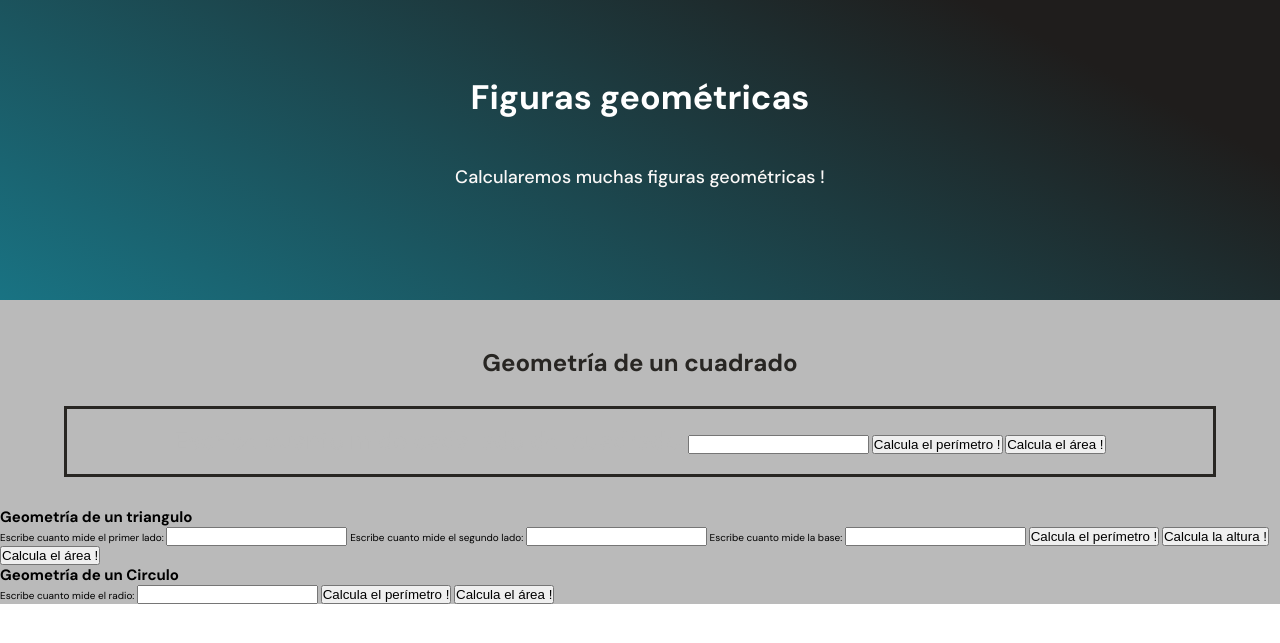
Repository: ChristianGecchelin/javascript-project
Page: javascript-project/figuras-geometricas/figuras.html
These files come from the project's save history. The page is drawn as it stood at one moment and after the next save; the edit follows.
The browser window is 1280 px wide. The pictures show the whole page.

Above is the page before, as saved 2021-12-01 22:58:37.

### javascript-project/figuras-geometricas/figuras.html
<!DOCTYPE html>
<html lang="en">
  <head>
    <meta charset="UTF-8" />
    <meta http-equiv="X-UA-Compatible" content="IE=edge" />
    <meta name="viewport" content="width=device-width, initial-scale=1.0" />
    <title>Figuras geométricas | Proyecto 1</title>
    <link rel="preconnect" href="https://fonts.googleapis.com" />
    <link rel="preconnect" href="https://fonts.gstatic.com" crossorigin />
    <link
      href="https://fonts.googleapis.com/css2?family=DM+Sans:wght@400;500;700&family=Inter:wght@300;500&display=swap"
      rel="stylesheet"
    />
    <link rel="stylesheet" href="./style.css" />
  </head>
  <body>
    <header>
      <div class="header--title-container">
        <h1>Figuras geométricas</h1>
        <p>Calcularemos muchas figuras geométricas !</p>
      </div>
    </header>
    <main>
      <section class="main-calculadora-contenedor">
        <h2 class="main-calculadora-contenedor--title">
          Geometría de un cuadrado
        </h2>
        <div class="main-calculadora-form-contenedor">
          <form action="">
            <label class="form--label-input" for=""
              >Escribe cuanto mide cada lado del cuadrado:</label
            >
            <input type="number" id="inputCuadrado" />
            <button type="button" onclick="calcularPerimetroCuadrado()">
              Calcula el perímetro !
            </button>
            <button type="button" onclick="calcularAreaCuadrado()">
              Calcula el área !
            </button>
            <!-- type button, para quitarle el submit por defecto y que no me redireccione a ningun lado -->
          </form>
        </div>
      </section>
      <section>
        <h2>Geometría de un triangulo</h2>
        <form action="">
          <label for="">Escribe cuanto mide el primer lado:</label>
          <input type="number" id="inputLado1" />
          <label for="">Escribe cuanto mide el segundo lado:</label>
          <input type="number" id="inputLado2" />
          <label for="">Escribe cuanto mide la base:</label>
          <input type="number" id="inputBase" />
          <button type="button" onclick="calcularPerimetroTriangulo()">
            Calcula el perímetro !
          </button>
          <button type="button" onclick="calcularAlturaTriangulo()">
            Calcula la altura !
          </button>
          <button type="button" onclick="calcularAreaTriangulo()">
            Calcula el área !
          </button>
          <!-- type button, para quitarle el submit por defecto y que no me redireccione a ningun lado -->
        </form>
      </section>
      <section>
        <h2>Geometría de un Circulo</h2>
        <form action="">
          <label for="">Escribe cuanto mide el radio:</label>
          <input type="number" id="inputRadio" />
          <button type="button" onclick="calcularPerimetroCirculo()">
            Calcula el perímetro !
          </button>
          <button type="button" onclick="calcularAreaCirculo()">
            Calcula el área !
          </button>
          <!-- type button, para quitarle el submit por defecto y que no me redireccione a ningun lado -->
        </form>
      </section>
    </main>
    <script src="./figurasConFunciones.js"></script>
  </body>
</html>

### javascript-project/figuras-geometricas/style.css
:root {
  --Dark-lightblue: #197383;
  --soft-orange: #ffe9d5;
  --secondary-blue: #1a9af7;
  --soft-blue: #e7f5ff;
  --warm-black: #201e1c;
  --black: #282623;
  --grey: #bababa;
  --off-white: #faf8f7;
  --just-white: #fff;
}
* {
  box-sizing: border-box;
  margin: 0;
  padding: 0;
}
html {
  font-size: 62.5%;
  font-family: "DM Sans", sans-serif;
}
header {
  position: relative;
  display: flex;
  flex-direction: column;
  justify-content: center;
  width: 100%;
  min-width: 320px;
  height: 300px;
  text-align: center;
  background: linear-gradient(207.8deg, #1f1d1c 16.69%, #197383 100%);
}
header .header--title-container {
  width: 90%;
  min-width: 288px;
  max-width: 900px;
  height: 200px;
  text-align: center;
  align-self: center;
}
header .header--title-container h1 {
  margin-top: 30px;
  margin-bottom: 50px;
  font-size: 3.4rem;
  font-weight: 700;
  line-height: 3.6rem;
  color: var(--just-white);
}
header .header--title-container p {
  font-size: 1.8rem;
  font-weight: 500;
  line-height: 2.2rem;
  color: var(--off-white);
}
main {
  width: 100%;
  height: auto;
  background-color: var(--grey);
  min-width: 320px;
}
.main-calculadora-contenedor {
  width: 90%;
  min-width: 280px;
  height: auto;
  margin: 0 auto;
  padding-top: 50px;
  padding-bottom: 30px;
  text-align: center;
}
.main-calculadora-contenedor--title {
  margin-bottom: 30px;
  font-size: 2.4rem;
  font-weight: 700;
  line-height: 2.6rem;
  color: var(--black);
}
.main-calculadora-form-contenedor {
  height: auto;
  border: 3px solid var(--black);
  padding: 20px 20px;
}
.main-calculadora-form-contenedor .form--label-input {
  font-size: 2.4rem;
  font-weight: 500;
  line-height: 2.4rem;
  color: var(--grey);
}

### javascript-project/figuras-geometricas/figurasConFunciones.js
/* Codigo del cuadrado */
console.group("Cuadrado");
function perimetroCuadrado(lado) {
  return lado * 4;
}
/* console.log(`Perimetro del cuadrado es: ${perimetroCuadrado} cm.`); */
function areaCuadrado(lado) {
  return (
    lado ** 2
  ); /* debe estar escrito de igual manera el parametro que el return */
}

/* console.log(`El area del cuadrado es: ${areaCuadrado} cm^2.`); */
console.groupEnd();

/* Codigo del triangulo */
console.group("Triangulo");

function perimetroTriangulo(lado1, lado2, base) {
  return lado1 + lado2 + base;
}
function calcularAltura(lado1, lado2, lado3) {
  let ladosIguales;
  let ladoBase;
  let altura;

  if (
    lado1 + lado2 <= lado3 ||
    lado1 + lado3 <= lado2 ||
    lado2 + lado3 <= lado1
  ) {
    alert(
      "En un triangulo la base no puede ser mayor a la suma de sus catetos"
    );
  } else {
    switch (true) {
      case lado1 === lado2:
        ladosIguales = lado1;
        ladoBase = lado3;
        break;
      case lado1 === lado3:
        ladosIguales = lado1;
        ladoBase = lado2;
        break;
      case lado3 === lado2:
        ladosIguales = lado2;
        ladoBase = lado1;
        break;
    }
    if (!ladosIguales) {
      alert("Tu triangulo no es isosceles, ingresa la altura");
    } else {
      altura = Math.sqrt(ladosIguales ** 2 - ladoBase ** 2 / 4);
    }
  }
  return ladosIguales, ladoBase, altura;
}
function areaTriangulo(ladoBase, altura) {
  return (
    (ladoBase * altura) / 2
  ); /* tengo que llamar a la funcion altura para pasarle el dato */
}
console.groupEnd();

//Codigo Circulo
console.group("Circulo");
function diametroCirculo(radio) {
  return radio * 2;
}
const pi = Math.PI;
function circunferencia(radio) {
  const diametro = diametroCirculo(radio);
  /* llamo a una funcion dentro de otra y creo una variable que tiene alcance local */
  return diametro * pi;
}
function superficieCirculo(radio) {
  return pi * radio ** 2;
}

console.groupEnd();
/* Creo una funcion, que a traves del id obtengo lo que el usuario ingreso en el input. y con eso le saco el value que le paso
a la funcion que cree antes y es la encargada de hacer el calculo para luego mostrarse en un aler */
function calcularPerimetroCuadrado() {
  const input = document.getElementById("inputCuadrado");
  const value = input.value;
  const perimetro = perimetroCuadrado(value);
  alert(perimetro);
}
function calcularAreaCuadrado() {
  const input = document.getElementById("inputCuadrado");
  const value = input.value;
  const area = areaCuadrado(value);
  alert(area);
}

function calcularPerimetroTriangulo() {
  const inputLado1 = document.getElementById("inputLado1");
  const valueLado1 = Number(inputLado1.value);
  const inputLado2 = document.getElementById("inputLado2");
  const valueLado2 = Number(inputLado2.value);
  const inputBase = document.getElementById("inputBase");
  const valueBase = Number(inputBase.value);
  /* Es importante ponerle number porque por mas que el input tenga type number, este lo transforma como un string */
  const perimetro = perimetroTriangulo(valueLado1, valueLado2, valueBase);
  alert(perimetro);
}

function calcularAlturaTriangulo() {
  const inputLado1 = document.getElementById("inputLado1");
  const valueLado1 = Number(inputLado1.value);
  const inputLado2 = document.getElementById("inputLado2");
  const valueLado2 = Number(inputLado2.value);
  const inputBase = document.getElementById("inputBase");
  const valueBase = Number(inputBase.value);
  const alturaTriangulo = calcularAltura(valueLado1, valueLado2, valueBase);
  alert(alturaTriangulo);
}

function calcularAreaTriangulo() {
  /* const inputAltura = document.getElementById("inputAltura");
  const valueAltura = Number(inputAltura.value);
  const inputBase = document.getElementById("inputBase");
  const valueBase = inputBase.value;
  const area = areaTriangulo(valueAltura, valueBase);
  alert(area); */
  const inputLado1 = document.getElementById("inputLado1");
  const valueLado1 = Number(inputLado1.value);
  const inputLado2 = document.getElementById("inputLado2");
  const valueLado2 = Number(inputLado2.value);
  const inputBase = document.getElementById("inputBase");
  const valueBase = Number(inputBase.value);
  const altura = calcularAltura(valueLado1, valueLado2, valueBase);
  const area = areaTriangulo(valueBase, altura);
  alert(area);
}

function calcularPerimetroCirculo() {
  const inputRadio = document.getElementById("inputRadio");
  const valueRadio = inputRadio.value;
  const perimetro = circunferencia(valueRadio);
  alert(perimetro);
}
function calcularAreaCirculo() {
  const inputRadio = document.getElementById("inputRadio");
  const valueRadio = inputRadio.value;
  const superficie = superficieCirculo(valueRadio);
  alert(superficie);
}

After the next save:
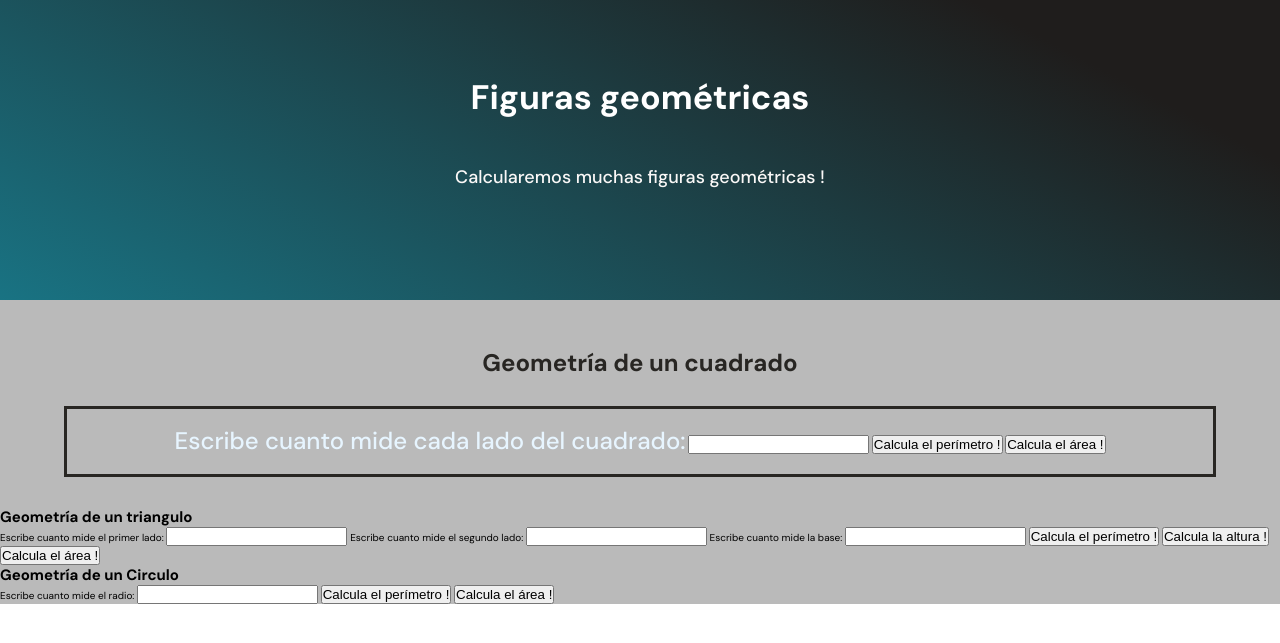
Saved 31 s later.
--- a/javascript-project/figuras-geometricas/style.css
+++ b/javascript-project/figuras-geometricas/style.css
@@ -82,5 +82,5 @@ main {
   font-size: 2.4rem;
   font-weight: 500;
   line-height: 2.4rem;
-  color: var(--grey);
+  color: var(--soft-blue);
 }
